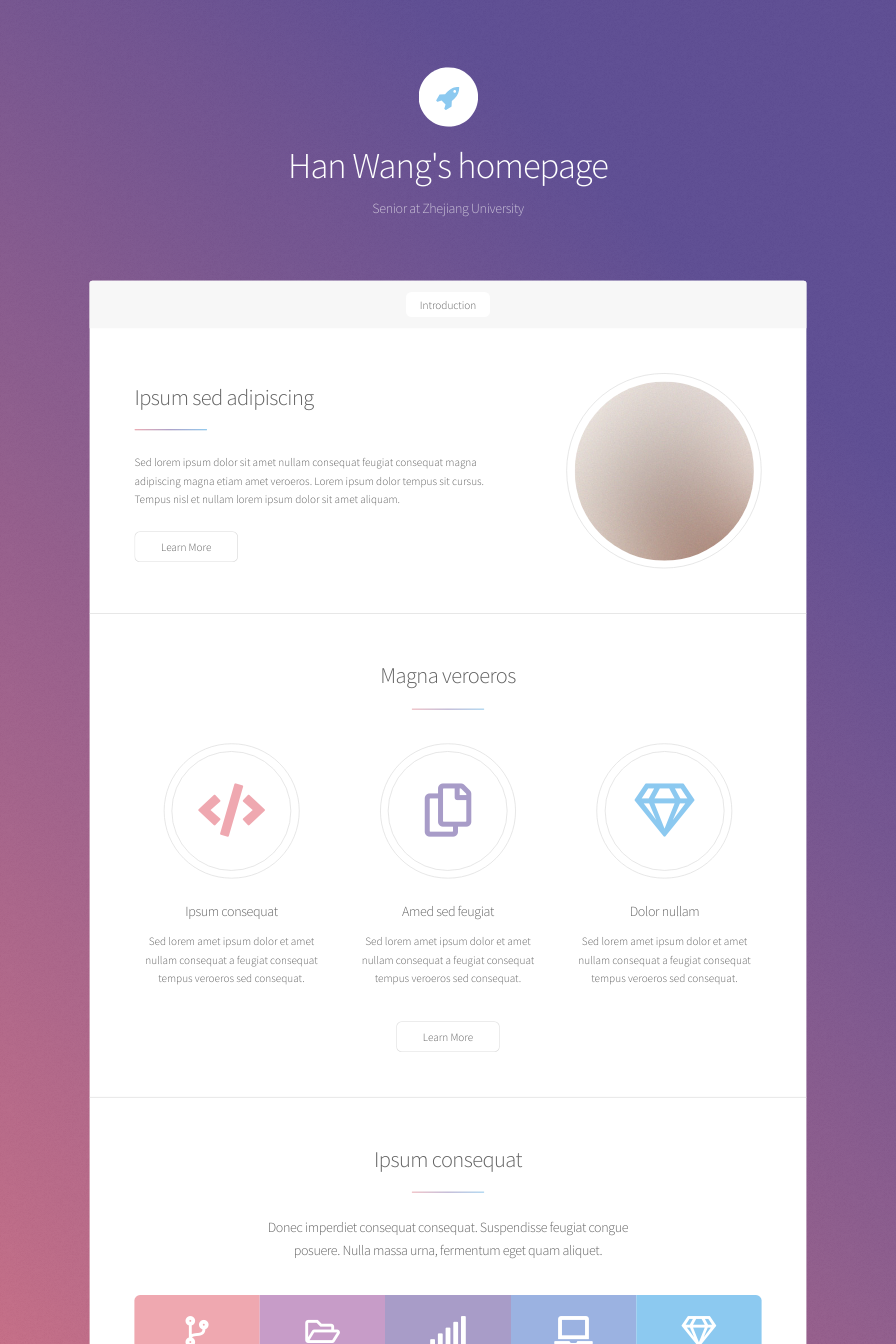
Repository: SatonoDia/SatonoDia.github.io
Page: index.html
An editor plug-in stored every save of this project. The page is shown before and after the next save, followed by the edit.
The browser window is 1280 px wide. The pictures show the part of the page from y = 0 to 1920 px (the page is 3245 px tall before and 1378 px after), at 70% of full size.

Above is the page before, as saved 2024-02-16 11:06:19.
Console error: TypeError: Cannot read properties of undefined (reading 'on')

After the next save:
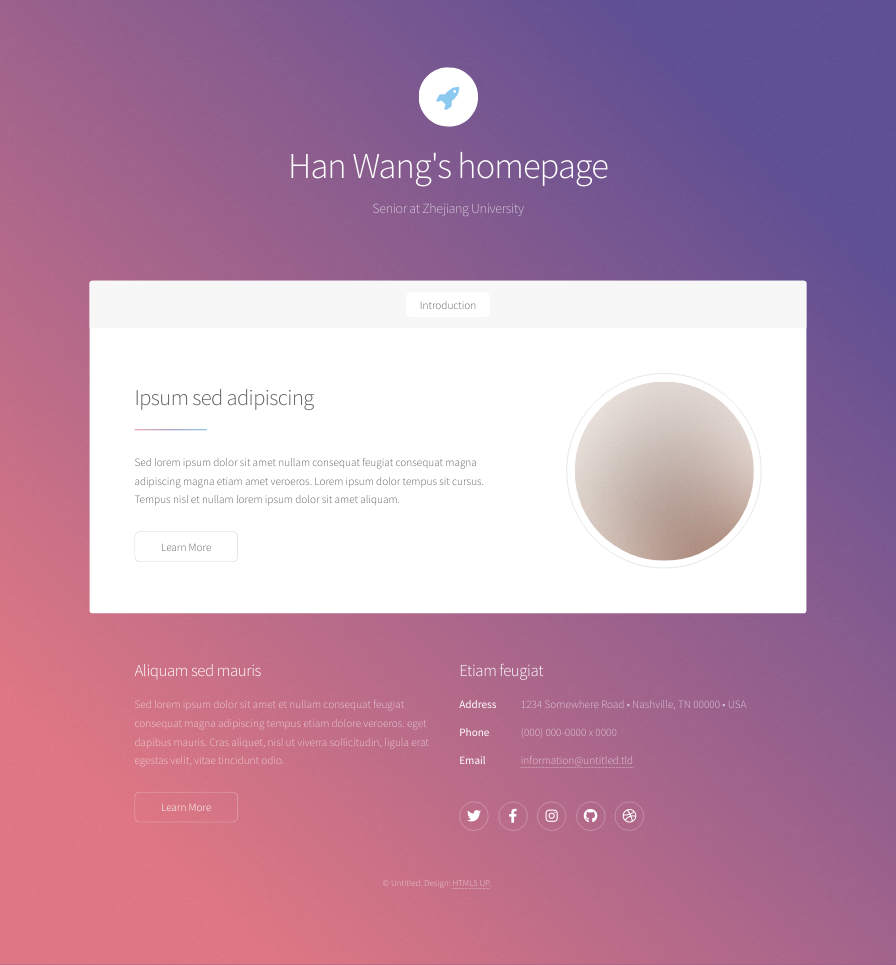
Saved 4 min 2 s later.
--- a/index.html
+++ b/index.html
@@ -52,8 +52,7 @@
 									<span class="image"><img src="images/pic01.jpg" alt="" /></span>
 								</div>
 							</section>
-
-						<!-- First Section -->
+						<!--
 							<section id="first" class="main special">
 								<header class="major">
 									<h2>Magna veroeros</h2>
@@ -82,7 +81,7 @@
 								</footer>
 							</section>
 
-						<!-- Second Section -->
+
 							<section id="second" class="main special">
 								<header class="major">
 									<h2>Ipsum consequat</h2>
@@ -119,7 +118,7 @@
 								</footer>
 							</section>
 
-						<!-- Get Started -->
+
 							<section id="cta" class="main special">
 								<header class="major">
 									<h2>Congue imperdiet</h2>
@@ -132,7 +131,7 @@
 										<li><a href="generic.html" class="button">Learn More</a></li>
 									</ul>
 								</footer>
-							</section>
+							</section> -->
 
 					</div>
 
